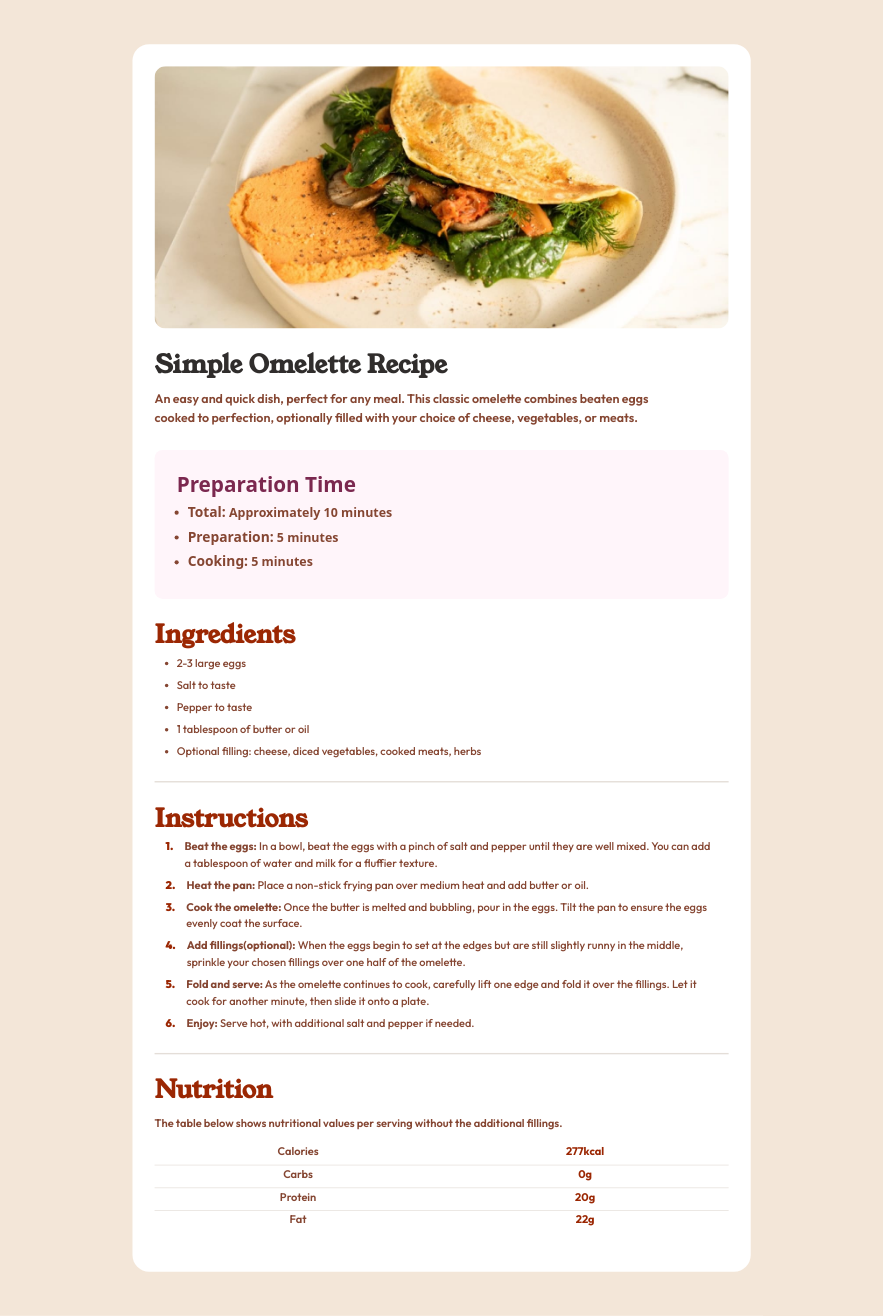
Repository: nivrii/recipe-page-main
Page: /
An editor plug-in stored every save of this project. The page is shown before and after the next save, followed by the edit.
The browser window is 1280 px wide. The pictures show the whole page, at 69% of full size.
The project was rebuilt for these pictures with package versions that can differ from the ones it lists, and the page was loaded fresh each time. Also part of the build but not shown: vite.config.js, src/index.css.

Above is the page before, as saved 2024-03-27 12:47:50.

### src/App.jsx
import "./App.css";
import { Nutrition } from "./Nutrition";
import { Instructions } from "./Instructions";
import { Ingredients } from "./Ingredients";
import { Prep } from "./Prep";
import { Header } from "./Header";
import { Image } from "./Image";
import omelette from "./assets/images/image-omelette.jpeg";

function App() {
  return (
    <body className="md:bg-eggshell md:pt-16 md:pb-16 ">
      <div className="
       flex flex-col w-screen min-h-max md:m-auto md:p-8 md:w-[70vw]
       md:bg-white md:rounded-3xl lg:w-[60vw]">
        <Image omelette={omelette} />
        <Header />
        <Prep />
        <div className="divide-y-2 divide-lightGrey mx-4 md:mx-0">
          <Ingredients />
          <Instructions />
          <Nutrition />
        </div>
      </div>
    </body>
  );
}

export default App;

### src/App.css
@import url("https://fonts.googleapis.com/css2?family=Young+Serif&display=swap");

@import url("https://fonts.googleapis.com/css2?family=Outfit:wght@100..900&display=swap");

@import "tailwindcss/base";
@import "tailwindcss/components";
@import "tailwindcss/utilities";

### src/Nutrition.jsx
export function Nutrition() {
  return (
    <div className="m-4 mb-8 md:mx-0">
      <h1 className="text-left text-nutmegLight text-4xl font-bold font-young mt-8 mb-4">
        Nutrition
      </h1>
      <p className="text-nutmeg font-semibold font-outfit mb-4">
        The table below shows nutritional values per serving without the
        additional fillings.
      </p>
      <div className="divide-y divide-lightGrey font-outfit">
        <div className="flex flex-row my-2 text-center">
          <p className="basis-1/2 text-nutmeg font-semibold ">Calories</p>
          <p className="basis-1/2 text-nutmegLight font-bold">277kcal</p>
        </div>
        <div className="flex flex-row my-2 text-center">
          <p className="basis-1/2 text-nutmeg font-semibold">Carbs</p>
          <p className="basis-1/2 text-nutmegLight font-bold">0g</p>
        </div>
        <div className="flex flex-row my-2 text-center">
          <p className="basis-1/2 text-nutmeg font-semibold">Protein</p>
          <p className="basis-1/2 text-nutmegLight font-bold">20g</p>
        </div>
        <div className="flex flex-row my-2 text-center">
          <p className="basis-1/2 text-nutmeg font-semibold">Fat</p>
          <p className="basis-1/2 text-nutmegLight font-bold">22g</p>
        </div>
      </div>
    </div>
  );
}

### src/Instructions.jsx
export function Instructions() {
  return (
    <div className="m-4 md:mx-0">
      <h1 className="text-left text-nutmegLight text-4xl font-bold font-young mt-8">
        Instructions
      </h1>
      <ul className="font-outfit mt-2 mb-8 mx-4 text-nutmeg font-medium space-y-2">
        <li className="flex flex-row space-x-4">
          <div className="text-nutmegLight font-black">1.</div>
          <div className="">
            <span className="font-bold"> Beat the eggs:</span> In a bowl, beat
            the eggs with a pinch of salt and pepper until they are well mixed.
            You can add a tablespoon of water and milk for a fluffier texture.
          </div>
        </li>
        <li className="flex flex-row space-x-4">
          <div className="text-nutmegLight font-black ">2.</div>
          <div className="">
            <span className="font-bold"> Heat the pan:</span> Place a non-stick
            frying pan over medium heat and add butter or oil.
          </div>
        </li>
        <li className="flex flex-row space-x-4">
          <div className="text-nutmegLight font-black">3.</div>
          <div className="">
            <span className="font-bold"> Cook the omelette:</span> Once the
            butter is melted and bubbling, pour in the eggs. Tilt the pan to
            ensure the eggs evenly coat the surface.
          </div>
        </li>
        <li className="flex flex-row space-x-4">
          <div className="text-nutmegLight font-black">4.</div>
          <div className="">
            <span className="font-bold"> Add fillings(optional):</span> When the
            eggs begin to set at the edges but are still slightly runny in the
            middle, sprinkle your chosen fillings over one half of the omelette.
          </div>
        </li>
        <li className="flex flex-row space-x-4">
          <div className="text-nutmegLight font-black">5.</div>
          <div className="">
            <span className="font-bold"> Fold and serve:</span> As the omelette
            continues to cook, carefully lift one edge and fold it over the
            fillings. Let it cook for another minute, then slide it onto a
            plate.
          </div>
        </li>
        <li className="flex flex-row space-x-4">
          <div className="text-nutmegLight font-black">6.</div>
          <div className="">
            <span className="font-bold"> Enjoy:</span> Serve hot, with
            additional salt and pepper if needed.
          </div>
        </li>
      </ul>
    </div>
  );
}

### src/Ingredients.jsx
export function Ingredients() {
  return (
    <div className="m-4 md:mx-0">
      <h1 className="text-left text-nutmegLight text-3xl font-bold font-young mt-8 md:text-4xl lg:text-5xl">
        Ingredients
      </h1>
      <ul className="list-disc px-4 font-outfit mt-2 mb-8 mx-4 text-nutmeg font-medium space-y-2">
        <li>2-3 large eggs</li>
        <li>Salt to taste</li>
        <li>Pepper to taste</li>
        <li>1 tablespoon of butter or oil</li>
        <li>Optional filling: cheese, diced vegetables, cooked meats, herbs</li>
      </ul>
    </div>
  );
}

### src/Prep.jsx
export function Prep() {
  return <div className="bg-roseWhite p-4 mx-8 rounded-xl md:mx-0 md:p-8">
        <h1 className="text-left text-darkRaspberry text-2xl font-bold md:text-3xl">
          Preparation Time
        </h1>
        <ul className="list-disc px-4 text-nutmeg md:text-lg">
          <li className=" font-semibold my-2 ">
            <span className="font-extrabold md:text-xl lg:text:2xl">Total:</span> Approximately 10
            minutes
          </li>
          <li className=" font-semibold my-2">
            <span className="font-extrabold md:text-xl lg:text:2xl">Preparation:</span> 5 minutes
          </li>
          <li className=" font-semibold my-2">
            <span className="font-extrabold md:text-xl lg:text:2xl">Cooking:</span> 5 minutes
          </li>
        </ul>
      </div>;
}

### src/Header.jsx
export function Header() {
  return <div className="bg-white m-8 md:mx-0">
        <h1 className="text-left text-darkCharcoal text-4xl font-bold font-young lg:text-5xl">
          Simple Omelette Recipe
        </h1>
        <p className="text-left font-outfit text-nutmeg mt-4 font-semibold md:text-lg lg:text-xl max-w-screen-md">
          An easy and quick dish, perfect for any meal. This classic omelette
          combines beaten eggs cooked to perfection, optionally filled with your
          choice of cheese, vegetables, or meats.
        </p>
      </div>;
}

### src/Image.jsx
/* eslint-disable react/prop-types */
export function Image({
  omelette
}) {
  return <div className=" md:w-auto">
        <img src={omelette} alt="omelette" className="w-screen md:w-auto md:rounded-2xl" />
      </div>;
}

### tailwind.config.js
/** @type {import('tailwindcss').Config} */
export default {
  content: ["./index.html", "./src/**/*.{js,ts,jsx,tsx}"],
  theme: {
    screens: {
      'sm': '375px',
      'md': '768px',
      'lg': '1440px',
      'xl': '1920px',
    },
    extend: {
      fontFamily: {
        outfit: ["Outfit", "sans-serif"],
        young: ["Young Serif", "serif"],
      },
      colors: {
        roseWhite: "hsl(330, 100%, 98%)",
        white: "hsl(0, 0%, 100%)",
        eggshell: "hsl(30, 54%, 90%)",
        lightGrey: "hsl(30, 18%, 87%)",
        wengeBrown: "hsl(30, 10%, 34%)",
        darkCharcoal: "hsl(24, 5%, 18%)",
        nutmeg: "hsl(14, 45%, 36%)",
        nutmegLight: "hsl(14, 96%, 31%)",
        darkRaspberry: "hsl(332, 51%, 32%)",
      },
    },
  },
  plugins: [],
};

Loaded but not shown: index.html (common file); src/main.jsx (common file)

After the next save:
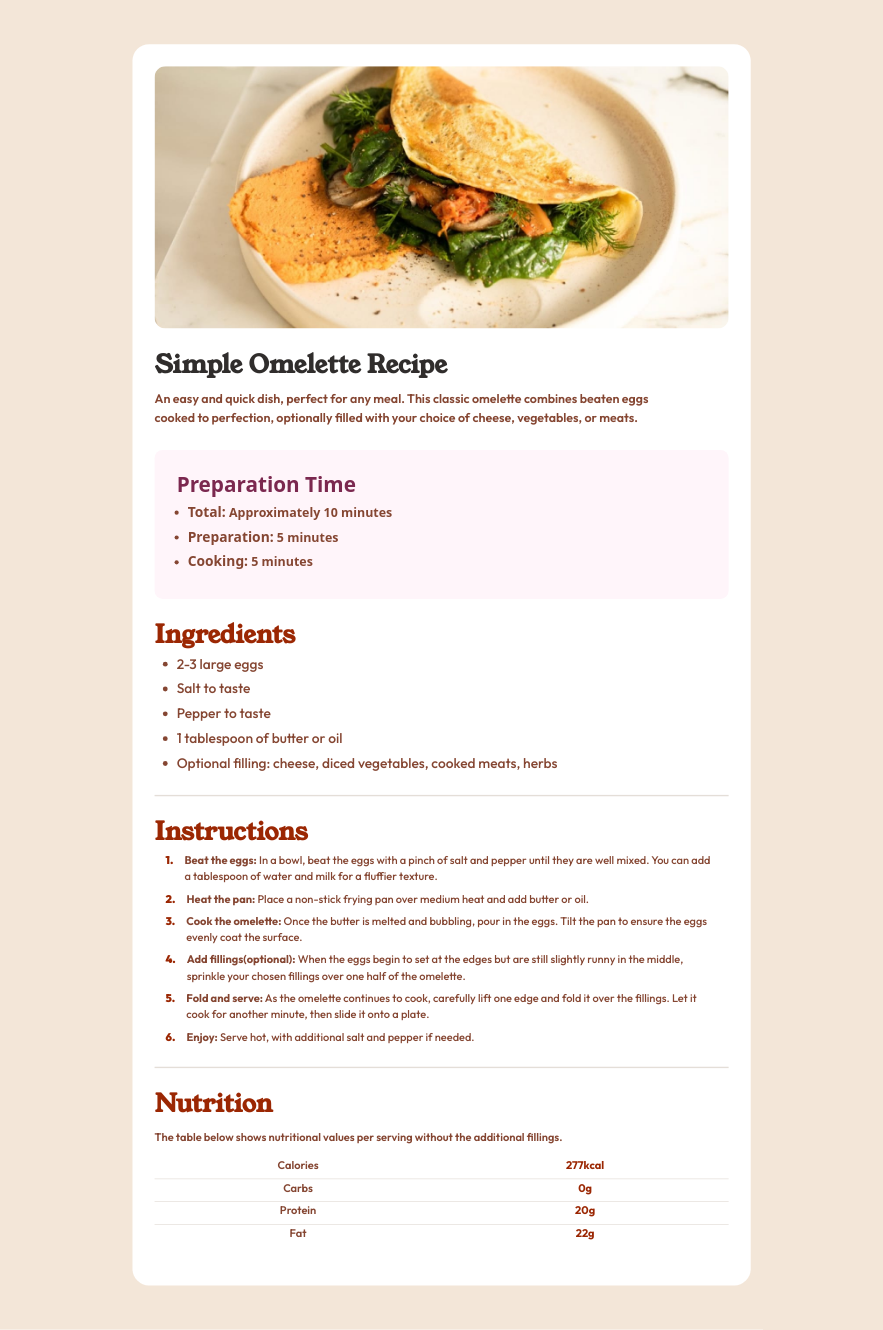
Saved 58 s later.
--- a/src/Ingredients.jsx
+++ b/src/Ingredients.jsx
@@ -4,7 +4,7 @@ export function Ingredients() {
       <h1 className="text-left text-nutmegLight text-3xl font-bold font-young mt-8 md:text-4xl lg:text-5xl">
         Ingredients
       </h1>
-      <ul className="list-disc px-4 font-outfit mt-2 mb-8 mx-4 text-nutmeg font-medium space-y-2">
+      <ul className="list-disc px-4 font-outfit mt-2 mb-8 mx-4 text-nutmeg font-medium space-y-2 md:text-xl">
         <li>2-3 large eggs</li>
         <li>Salt to taste</li>
         <li>Pepper to taste</li>
